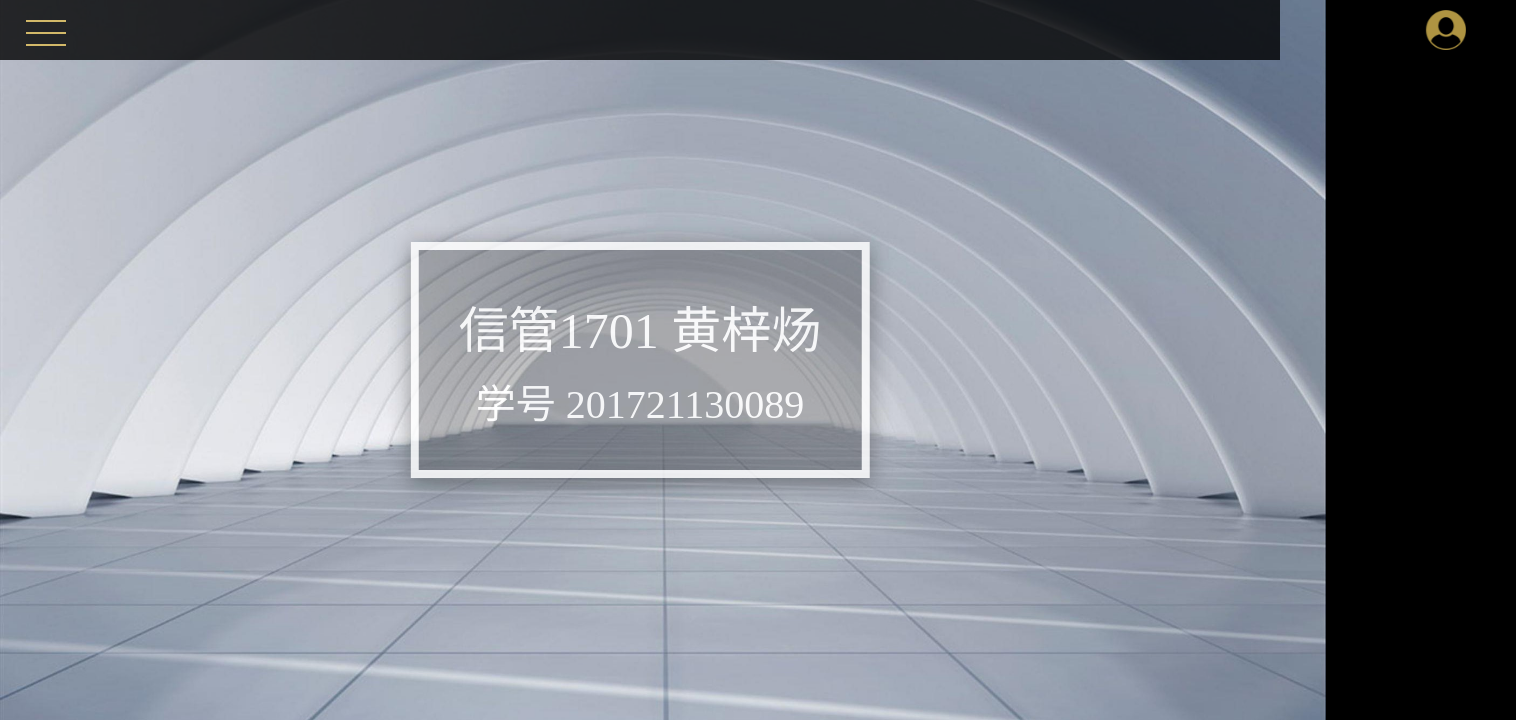
Repository: ustc-hzy/ziYang
Page: index.html
These files come from the project's save history. The page is drawn as it stood at one moment and after the next save; the edit follows.
The browser window is 1280 px wide. The page is 1466 px wide, then 1516 px, so the pictures cover 1516 px, including what lies to the right of the window. The pictures show the whole page.

Above is the page before, as saved 2020-06-19 11:31:55.

### index.html
<!DOCTYPE html>
<html lang="en">
<head>
    <meta charset="UTF-8">
    <meta name="viewport" content="width=device-width, initial-scale=1.0">
    <link rel="stylesheet" href="css/style.css" type="text/css">
    <link rel="stylesheet" href="css/index.css" type="text/css">
    <title>主页</title>
</head>
<body>
    <header>
        <!-- 导航栏内容 -->
        <div class="inner">
            <!-- 用于控制菜单栏开关 -->
            <input type="checkbox" id="ham">
            <!-- 菜单栏icon -->
            <label for="ham">
                <div class="hamburger-container">
                    <span></span>
                    <span></span>
                    <span></span>
                </div>
            </label>
            <div>
                <a href="#"><img src="img/login.png" width="40px"></a>
            </div>
            <!-- 菜单栏各项 -->
            <nav>
                <ul>
                    <li><a href="index.html">网站首页</a></li>
                    <li><a href="resume.html">个人简历</a></li>
                    <li><a href="album.html">旅行相册</a></li>
                    <li><a href="episode.html">剧集收藏</a></li>
                </ul>
            </nav>
            <!-- 打开菜单栏的遮罩 -->
            <div class="mask"></div>
        </div>
        <!-- 主页展示内容 -->
        <div class="name-container">
            <div class="mid-name">
                <div>信管1701 黄梓炀</div>
                <div class="id">学号 201721130089</div>
            </div>
        </div>
    </header>
</body>
</html>

### css/style.css
/* 导航栏背景 */
header{
    height: 60px;
    background-color: #000000;
    opacity: 0.8;
}
/* 导航栏内部 */
.inner{
    width: 96%;
    margin: auto;
}
/* 用于开关的checkbox */
#ham{
    display: none;
}
/* 当chexkbox选中时，改变第一条线 */
#ham:checked + label .hamburger-container span:nth-child(1){
    transform: rotate(45deg);
    top: 12px;
    transition: transform .3s ease-in-out, top .3s ease-in-out 3s;
}
/* 当chexkbox选中时，第二条线消失 */
#ham:checked + label .hamburger-container span:nth-child(2){
    opacity: 0;
}
/* 当chexkbox选中时，改变第三条线 */
#ham:checked + label .hamburger-container span:nth-child(3){
    transform: rotate(-45deg);
    top: -12px;
    transition: transform .3s ease-in-out, top .3s ease-in-out 3s;
}
/* 导航栏icon的第二天横线 */
.hamburger-container span:nth-child(2){
    margin-top: 10px;
    transition: opacity .1s ease-in-out .1s;
}
/* 导航栏icon的第三天横线 */
.hamburger-container span:nth-child(3){
    margin-top: 10px;
}
/* 导航栏icon */
.hamburger-container{
    display: block;
    width: 40px;
    height: 40px;
    position: relative;
    top: 20px;
    z-index: 100;
}
/* 导航栏icon的横线 */
.hamburger-container span{
    display: block;
    height: 2px;
    background-color: #dbba53;
    position: relative;
    transition: transform .3s ease-in-out, top .3s ease-in-out .3s;
}
/* 菜单栏子项总的效果 */
nav{
    position: absolute;
    z-index: 100;
    color: #fff;
    top: 50px;
    transform: scaleY(0); /* 垂直方向缩小到0，即关闭 */
    transition: all .3s ease-in-out;
    transform-origin: 50% 0; /* 将中心点移到顶部 */
    opacity: 0; /* 渐入渐出效果 */
}
/* 当chexkbox选中时，展示nav */
#ham:checked ~ nav{
    transform: scaleY(1); /* 垂直方向扩大到1，即打开 */
    opacity: 1;
    transition: all .3s ease-in-out;
}
/* 导航栏的遮罩 */
.mask {
    width: 100vw;
    height: 100vh;
    position: fixed;
    top: 0;
    left: 0;
    background: #000000;
    opacity: 0;
    z-index: 10; /* 防止遮住要显示的部分 */
    transform: scaleY(0);
    transform-origin: 50% 0;
    transition: all .3s ease-in-out;
}
/* 当chexkbox选中时，打开遮罩 */
#ham:checked ~ .mask{
    opacity: 0.9;
    transform: scaleY(1);
    transition: all .3s ease-in-out;
}
nav ul{
    position: relative;
    right: 40px;
    margin-top: 2em;
    list-style-type:none;
    font-size: 30px;
}
nav ul li{
    padding: 0.5em;
}
nav ul li:hover{
    border-right: 10px solid #dbba53;
}
nav ul li:hover > a{
    color: #dbba53;
}
/* 导航栏菜单项 */
nav a{
    text-decoration: none;
    color: #ffffff;
}
/* 居中姓名框 */
.name-container{
    position: absolute;
    top: 50%;
    left: 50%;
    transform: translate(-50%,-50%);
    z-index: 1;
    background-color: rgba(0,0,0,0.3); /* 此处使用opacity会让文字也变透明 */
    box-shadow: 0 5px 20px rgba(26,26,26,0.5);
}
/* 居中姓名 */
.mid-name{
    color: #fff;
    font-size: 50px;
    border: 8px solid #fff;
    padding: 40px;
    text-align: center;
}
/* 居中学号 */
.mid-name .id{
    margin-top: 10px;
    font-size: 40px;
}
a img{
    position: relative;
    bottom: 30px;
    left: 1400px;
}

### css/index.css
/* 背景图片 */
body {
    height: 100vh;
    width: 100vw;
    margin: 0 auto;
    padding: 0 0 ;
    background-color: #000000;
    background-image: url(../img/user_bg.jpg);
    background-repeat: no-repeat;
    background-size: cover;
    overflow: auto;
}

After the next save:
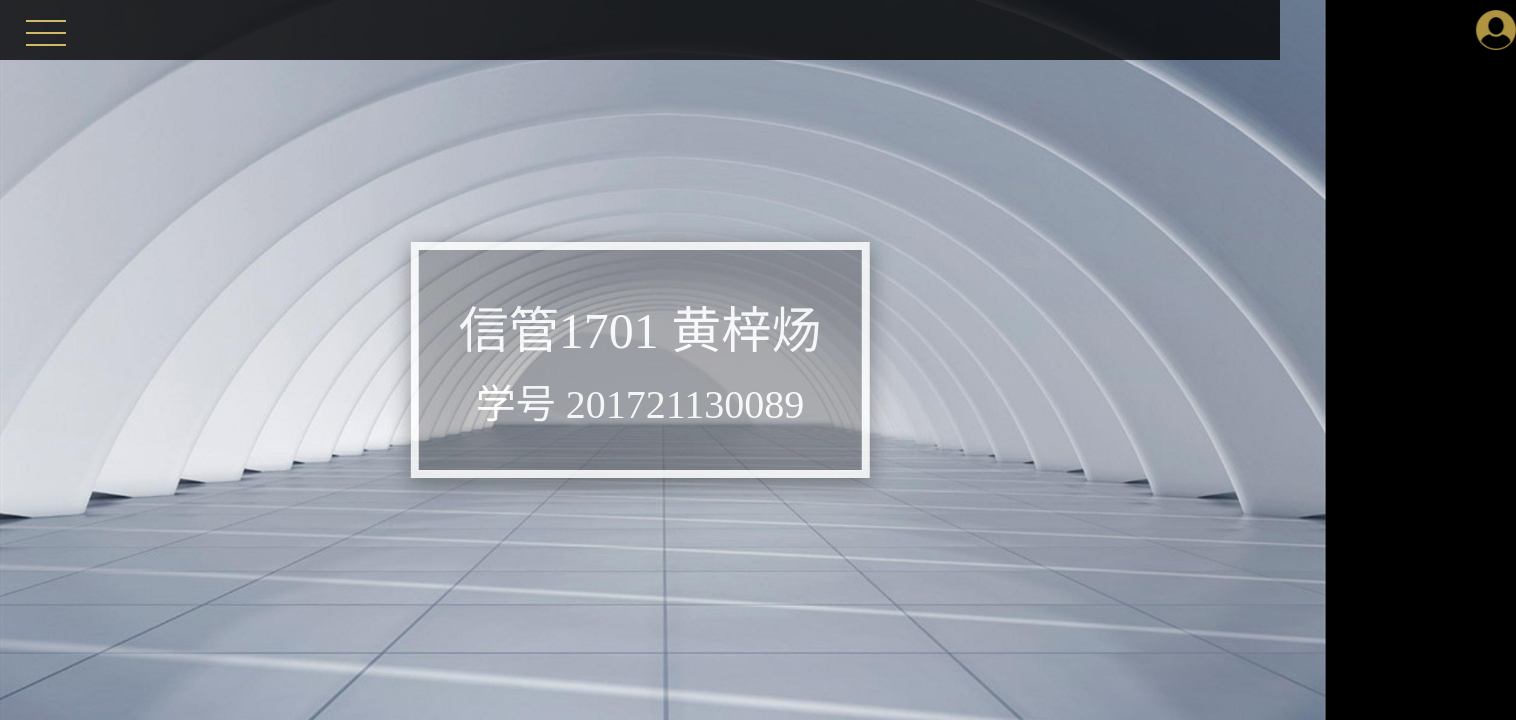
Saved 11 s later.
--- a/css/style.css
+++ b/css/style.css
@@ -139,5 +139,5 @@ nav a{
 a img{
     position: relative;
     bottom: 30px;
-    left: 1400px;
+    left: 1450px;
 }
